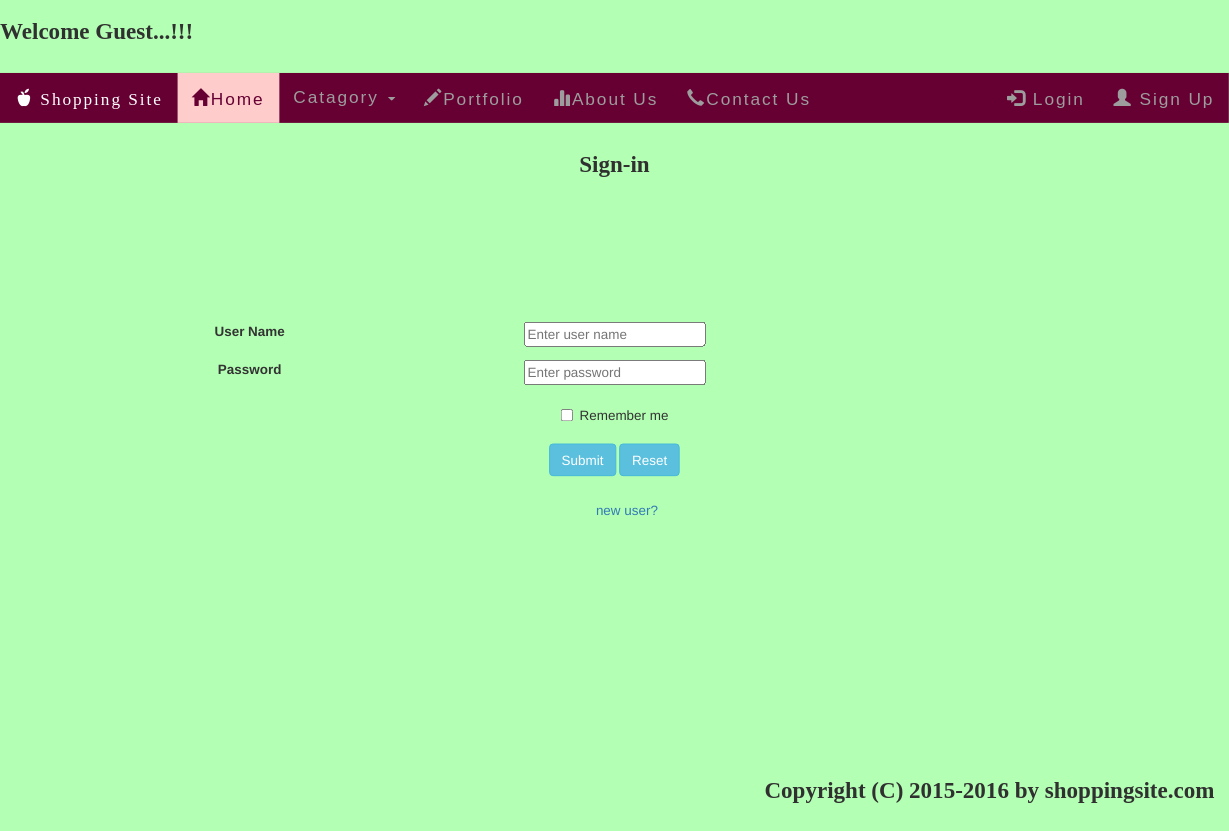
Repository: priyasuthakar/priya
Page: http://localhost/Apple/WEB-INF/views/login.jsp
The author's editor kept a copy of each file at every save. The page is drawn from the files as they stood at one save, then again after the next save.
The browser window is 1280 px wide. The pictures show the whole page, at 96% of full size.
The page is served by Tomcat 9. Nobody is signed in. Other server files are loaded and not shown. The template is opened directly, without the code that normally fills it, so the values that code supplies are empty.

Above is the page before, as saved 2016-08-23 06:27:11.

### Apple/src/main/webapp/WEB-INF/views/login.jsp
<%@ page language="java" contentType="text/html; charset=ISO-8859-1"
	pageEncoding="ISO-8859-1"%>
<%@ taglib uri="http://java.sun.com/jsp/jstl/core" prefix="c"%>
<%@ taglib uri="http://www.springframework.org/tags" prefix="spring"%>
<%@ taglib uri="http://www.springframework.org/tags/form" prefix="form"%>
<%-- <%@ page session="false"%> --%>
<%@page isELIgnored="false"%>

<!DOCTYPE html PUBLIC "-//W3C//DTD HTML 4.01 Transitional//EN" "http://www.w3.org/TR/html4/loose.dtd">
<html>
<head>
<meta http-equiv="Content-Type" content="text/html; charset=ISO-8859-1">
<meta name="viewport" content="width=device-width, initial-scale=1">
<title>Login</title>
<!-- Latest compiled and minified CSS -->
<link rel="stylesheet"
	href="http://maxcdn.bootstrapcdn.com/bootstrap/3.3.6/css/bootstrap.min.css">

<!-- jQuery library -->
<script
	src="https://ajax.googleapis.com/ajax/libs/jquery/1.12.4/jquery.min.js"></script>

<!-- Latest compiled JavaScript -->
<script
	src="http://maxcdn.bootstrapcdn.com/bootstrap/3.3.6/js/bootstrap.min.js"></script>
<style>
h1 {
	font-size: 24px;
	color: #303030;
	font-weight: 600;
	margin-bottom: 30px;
	font-size: 24px;
}

.navbar {
	margin-bottom: 0;
	background-color: #660033;
	z-index: 9999;
	border: 0;
	font-size: 18px !important;
	line-height: 1.42857143 !important;
	letter-spacing: 2px;
	border-radius: 0;
	font-family: Montserrat, sans-serif;
}

.navbar .navbar-brand {
	color: #FFFFFF !important;
}

.navbar .li a {
	color: #FFF !important;
}

.navbar-nav li a:hover, .navbar-nav li.active a {
	color: #660033 !important;
	background-color: #FFCCCC !important;
}

.navbar-default .navbar-toggle {
	border-color: transparent;
	color: #FFCCCC !important;
}

footer .glyphicon {
	font-size: 24px;
	margin-bottom: 20px;
	color: #660033;
}
</style>

</head>
<body id="log" style="background-color: #b3ffb3">
<%@include file="Header.jsp"%>
<font face="Harlow Solid Italic"><h1>${errorMessage}</h1></font>

	<font face="Harlow Solid Italic"><h1>${successMessage}</h1></font>
	<center>
		<font face="Harlow Solid Italic"><h1>Sign-in</h1></font> <br> <br> <br> <br> <br> <br>
		<div class="container">
			<form action="login" method="post" class="form-horizontal" role="form">
				<center>
					<div class="control-group">
						<label class="col-lg-4">User Name</label>
						<div class="col-lg-4 controls">
							<input type="text" name="username" placeholder="Enter user name"
								required="true" title="should not be empty" />
						</div>
					</div>
					<br> <br>
					<div class="control-group">
						<label class="col-lg-4">Password</label>
						<div class="col-lg-4 controls">
							<input type="password" name="password"
								placeholder="Enter password" required="true"
								title="should not be empty" />
						</div>
					</div>
					<br> <br>
				</center>
				<div class="checkbox">
					<label><input type="checkbox"> Remember me</label>
				</div>
				<br>
				<div>
					<input type="submit" class="btn btn-info" /> <input type="reset"
						class="btn btn-info" />
				</div>
				<br>
				<div>

					<a href="reg"><input type="button"
						class="btn btn-link" />new user?</a>
				</div>
				<br> <br> <input type="hidden" name="${_csrf.parameterName }"
					value="${_csrf.token}" />
				<!-- 	<a href="login" class="btn btn-default" role="button">Reset</a> -->
			</form>
		</div>
	</center>
	<br>
	<br>
	<br>
	<br>
	<br>
	<br>
	<br>
	<br>
	<br>
	<br>
	<footer class="container-fluid bg-4 text-center">
	<%@include file="Footer.jsp"%>
	</footer>
</body>
</html>

### Apple/src/main/webapp/WEB-INF/views/Header.jsp
<%@ page language="java" contentType="text/html; charset=ISO-8859-1"
	pageEncoding="ISO-8859-1"%>
<%@ taglib uri="http://java.sun.com/jsp/jstl/core" prefix="c"%>
<!DOCTYPE html PUBLIC "-//W3C//DTD HTML 4.01 Transitional//EN" "http://www.w3.org/TR/html4/loose.dtd">
<html>
<head>
<meta http-equiv="Content-Type" content="text/html; charset=ISO-8859-1">
</head>
<body>
	<c:choose>
		<c:when test="${empty loggedInUser}">
			<font face="Harlow Solid Italic"><h1>Welcome Guest...!!!</h1></font>
		</c:when>
		<c:when test="${not empty loggedInUser}">
			<font face="Harlow Solid Italic"><h1>${loggedInUser}</h1></font>
		</c:when>
	</c:choose>
	<div class="responsive">
		<nav class="navbar navbar-inverse">
		<div class="container-fluid">
			<div class="navbar-header">
				<a class="navbar-brand"> <span class="glyphicon glyphicon-apple"></span>
					<font face="Script MT Bold"> Shopping Site </font>
				</a>
			</div>
			<ul class="nav navbar-nav">
				<li class="active"><a href="Home"><span
						class="glyphicon glyphicon-home"></span>Home</a></li>
				<li class="dropdown"><a class="dropdown-toggle"
					data-toggle="dropdown" href="#"> Catagory <span class="caret"></span></a>
					<ul class="dropdown-menu">
						<li><a href="product1?catname=Desktop">Desktop</a></li>
						<li><a href="product1?catname=Laptop">Laptop</a></li>
						<li><a href="product1?catname=Iphone">Iphone</a></li>
						<li><a href="product1?catname=Ipad">Ipad</a></li>
						<li><a href="product1?catname=Ipod">Ipod</a></li>
						<li><a href="product1?catname=Accessories">Accessories</a></li>
					</ul></li>
				<li><a href="portfolio"><span
						class="glyphicon glyphicon-pencil"></span>Portfolio</a></li>
				<li><a href="about"><span class="glyphicon glyphicon-stats"></span>About
						Us</a></li>
				<li><a href="contactus"><span
						class="glyphicon glyphicon-earphone"></span>Contact Us</a></li>
			</ul>
			<ul class="nav navbar-nav navbar-right">
					<c:choose>
					<c:when test="${empty loggedInUser}">
						<li><a href="login"><span
								class="glyphicon glyphicon-log-in"></span> Login</a></li>
						<li><a href="reg"><span class="glyphicon glyphicon-user"></span>
								Sign Up</a></li>
					</c:when>
					<c:when test="${not empty loggedInUser}">
					<li><a href="viewcart"><span
							class="glyphicon glyphicon-shopping-cart"></span>Cart</a></li>
						<li><a href="logout"><span
								class="glyphicon glyphicon-user"></span> Logout</a></li>
					</c:when>
				</c:choose>
			</ul>
		</div>
		</nav>
	</div>
</body>
</html>

### Apple/src/main/webapp/WEB-INF/views/Footer.jsp
<%@ page language="java" contentType="text/html; charset=ISO-8859-1"
    pageEncoding="ISO-8859-1"%>
<!DOCTYPE html PUBLIC "-//W3C//DTD HTML 4.01 Transitional//EN" "http://www.w3.org/TR/html4/loose.dtd">
<html>
<head>
<meta http-equiv="Content-Type" content="text/html; charset=ISO-8859-1">
<title>footer</title>
</head>
<body>
<nav>
<ul class="nav navbar-nav navbar-right">
<footer class="container-fluid bg-4 text-center">
  <font face="Harlow Solid Italic" color="#FFFFF"><h1>Copyright (C) 2015-2016 by shoppingsite.com </h1></font>
</footer>
</ul>
</nav>
</body>
</html>

After the next save:
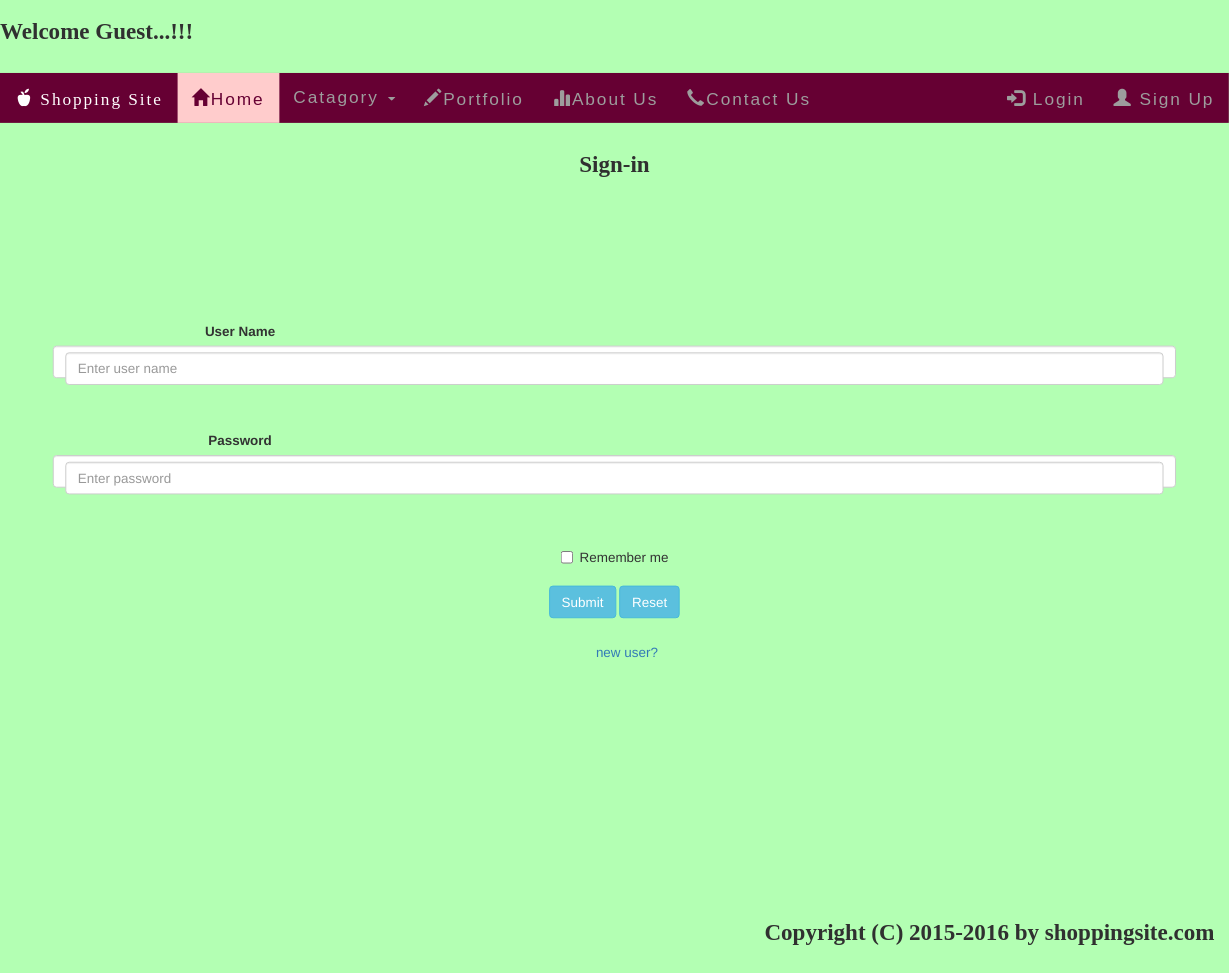
Saved 6 min 10 s later.
--- a/Apple/src/main/webapp/WEB-INF/views/login.jsp
+++ b/Apple/src/main/webapp/WEB-INF/views/login.jsp
@@ -80,18 +80,18 @@ footer .glyphicon {
 		<div class="container">
 			<form action="login" method="post" class="form-horizontal" role="form">
 				<center>
-					<div class="control-group">
+					<div class="form-group">
 						<label class="col-lg-4">User Name</label>
-						<div class="col-lg-4 controls">
-							<input type="text" name="username" placeholder="Enter user name"
+						<div class="col-lg-4 form-control">
+							<input class="col-lg-4 form-control" type="text" name="username" placeholder="Enter user name"
 								required="true" title="should not be empty" />
 						</div>
 					</div>
 					<br> <br>
-					<div class="control-group">
+					<div class="form-group">
 						<label class="col-lg-4">Password</label>
-						<div class="col-lg-4 controls">
-							<input type="password" name="password"
+						<div class="col-lg-4 form-control">
+							<input class="col-lg-4 form-control" type="password" name="password"
 								placeholder="Enter password" required="true"
 								title="should not be empty" />
 						</div>
